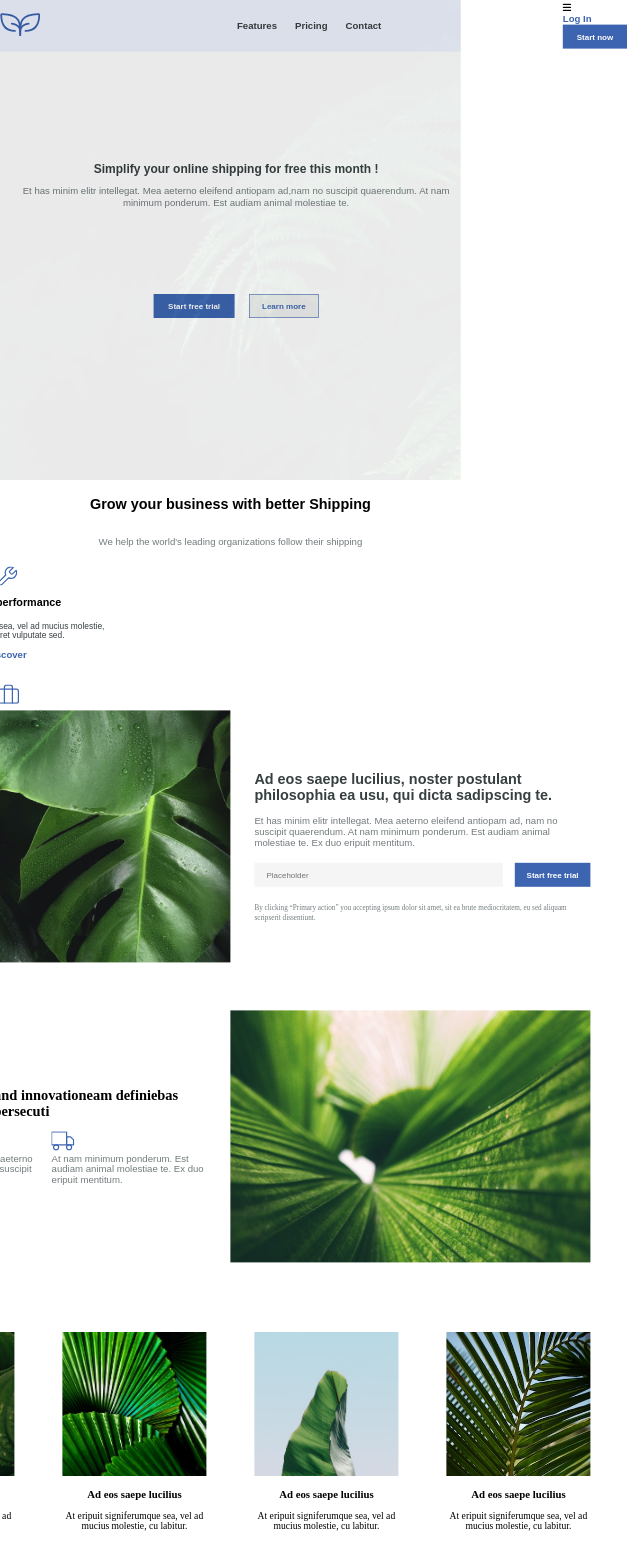
Repository: Mygit2001/LeTuSy_Test_Ecommage
Page: index.html
The author's editor kept a copy of each file at every save. The page is drawn from the files as they stood at one save, then again after the next save.
The browser window is 768 px wide. The page is 1045 px wide, then 1061 px, so the pictures cover 1061 px, including what lies to the right of the window. The pictures show the whole page, at 60% of full size.
Some web fonts or font styles are not loaded; a fallback is used. Some web libraries are served in a nearby version.

Above is the page before, as saved 2023-02-15 22:48:41.

After the next save:
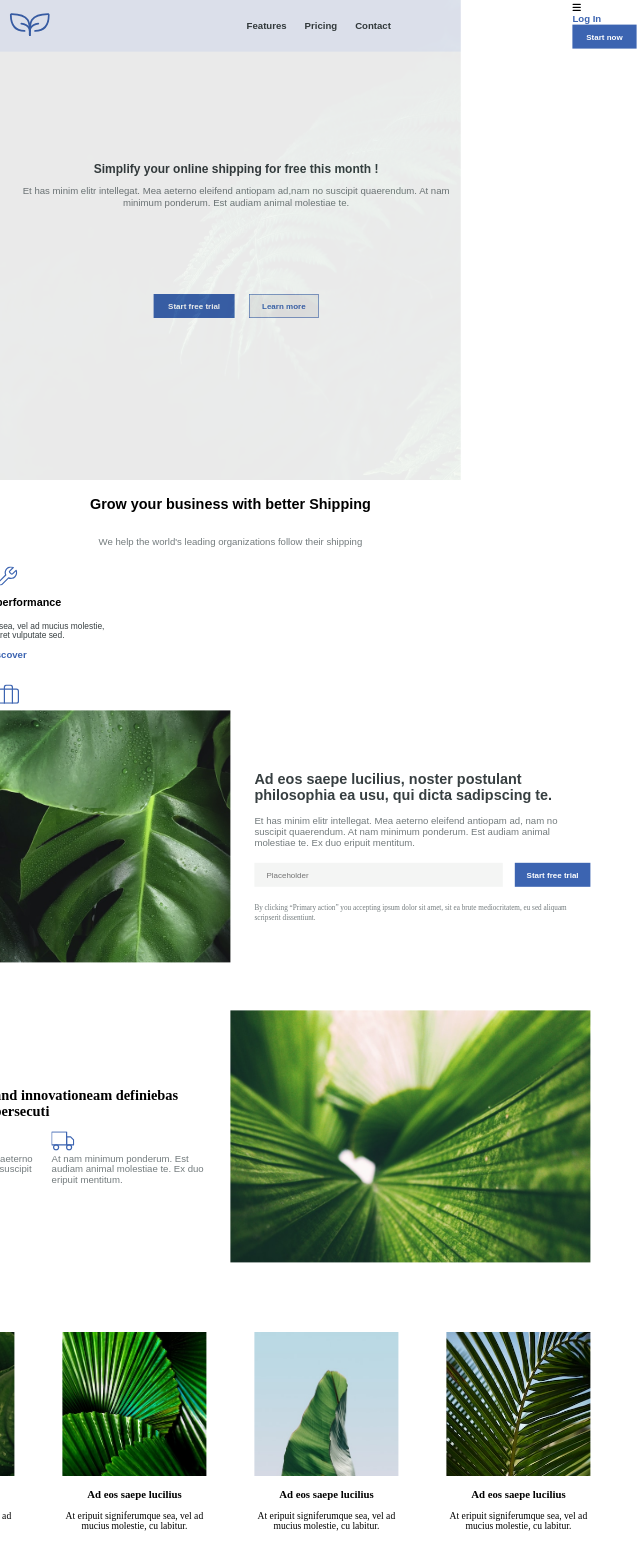
Saved 5 s later.
--- a/assets/css/responsive.css
+++ b/assets/css/responsive.css
@@ -35,7 +35,7 @@
         display: block !important;
     }
     .logo {
-
+        margin-left: 16px;
     }
     .navbar_header {
         width: 100%;
